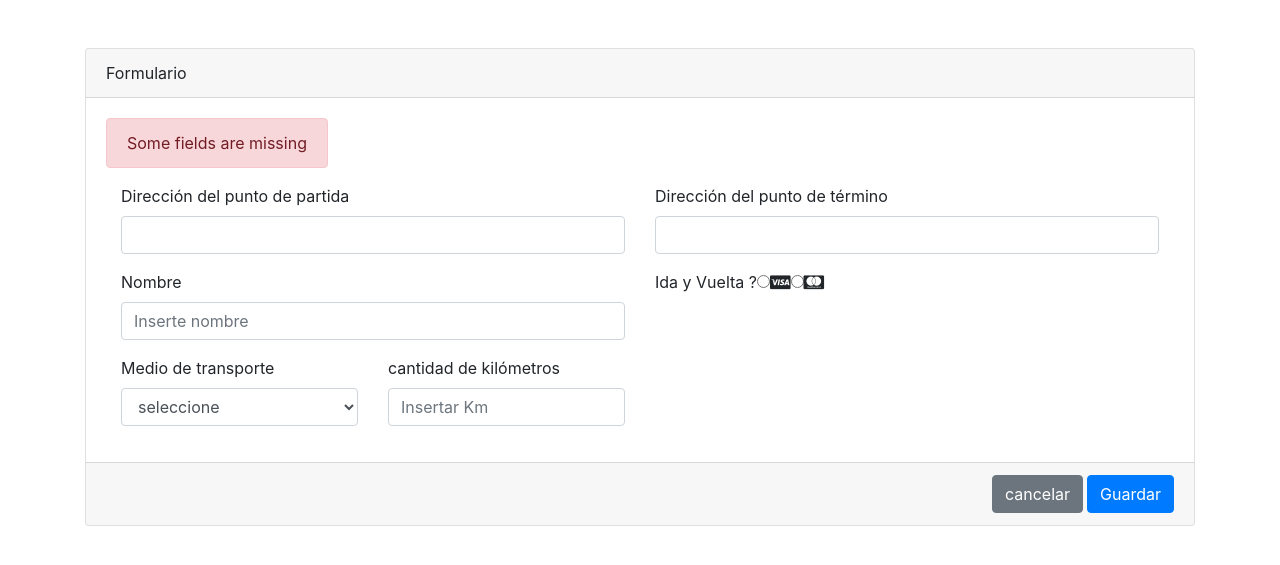
Repository: Jassan851031/foreachTask
Page: /
These files come from the project's save history. The page is drawn as it stood at one moment and after the next save; the edit follows.
The browser window is 1280 px wide. The pictures show the whole page.
The project was rebuilt for these pictures with package versions that can differ from the ones it lists, and the page was loaded fresh each time. Also part of the build but not shown: src/App.css.

Above is the page before, as saved 2020-03-23 13:49:26.

### src/index.js
import React from 'react';
import ReactDOM from 'react-dom';
import 'bootstrap/dist/css/bootstrap.min.css';
import 'font-awesome/css/font-awesome.min.css';
import './index.css';
import App from './App';
import * as serviceWorker from './serviceWorker';


 // Add js files
 import 'jquery';
 import 'popper.js';
 import 'bootstrap';

ReactDOM.render(
  <React.StrictMode>
    <App />
  </React.StrictMode>,
  document.getElementById('root')
);

// If you want your app to work offline and load faster, you can change
// unregister() to register() below. Note this comes with some pitfalls.
// Learn more about service workers: https://bit.ly/CRA-PWA
serviceWorker.unregister();

### src/App.js
import React from 'react';
import './App.css';

function App() {
  return (
    <div className="container mt-5">
      <div className="row">
        <div className="col-md-12">
          <form>
            <div className="card">
              <div className="card-header">
                Formulario
              </div>
              <div className="card-body">
                <div className="container">
                  <div className="row">
                    <div id="col-md-12">
                      <div className="alert alert-danger">
                        Some fields are missing
                      </div>
                    </div>
                  </div>
                  <div className="row">
                    <div className="col-md-6">
                      <div className="form-g roup">
                        <label className="form-label">Dirección del punto de partida</label>
                        <input type="text" id="no_card" className="form-control" />
                      </div>
                    </div>
                    <div className="col-md-6">
                      <div className="form-group">
                        <label className="form-label">Dirección del punto de término</label>
                        <input type="text" id="key" className="form-control" />
                      </div>
                    </div>
                  </div>
                  <div className="row">
                    <div className="col-md-6">
                      <div className="form-group">
                        <label className="form-label">Nombre</label>
                        <input type="text" id="nombre" className="form-control" placeholder="Inserte nombre" />
                      </div>
                    </div>
                    <div className="col-md-6">
                      <div className="form-group">
                        <label className="form-label">Ida y Vuelta ?</label>
                        <input type="radio" name="med_pago" value="visa" />
                          <i className="fa fa-cc-visa"></i>
                        <input type="radio" name="med_pago" value="mastercard" />
                          <i className="fa fa-cc-mastercard"></i>
                      </div>
                    </div>
                      </div>
                      <div className="row">
                        <div className="col-md-3">
                          <div className="form-group">
                            <label className="form-label">Medio de transporte</label>
                            <select id="estado" className="form-control">
                              <option value="">seleccione</option>
                              <option value="1"> option 1</option>
                              <option value="1"> option 2</option>
                              <option value="1"> option 3</option>
                              <option value="1"> option 4</option>
                            </select>
                          </div>
                        </div>
                        <div className="col-md-3">
                          <div className="form-group">
                            <label className="form-label">cantidad de kilómetros</label>
                            <input type="text" id="postal" className="form-control" placeholder="Insertar Km" />
                          </div>
                        </div>
                      </div>
                    </div>
                  </div>
                  <div className="card-footer text-right">
                    <button className="btn btn-secondary mr-1">cancelar</button>
                    <button className="btn btn-primary">Guardar</button>
                  </div>
                </div>
          </form>
            </div>
      </div>
        </div>
  );
}

export default App;

Loaded but not shown: public/index.html (common file); src/index.css (common file); src/serviceWorker.js (common file)

After the next save:
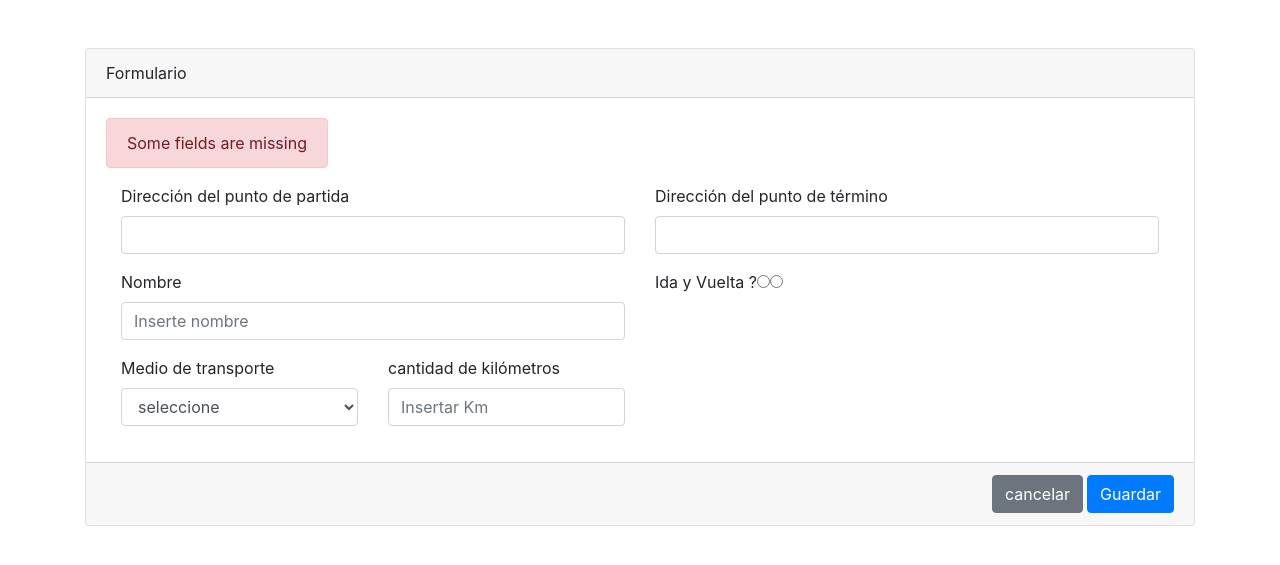
Saved 29 s later.
--- a/src/App.js
+++ b/src/App.js
@@ -45,9 +45,9 @@ function App() {
                       <div className="form-group">
                         <label className="form-label">Ida y Vuelta ?</label>
                         <input type="radio" name="med_pago" value="visa" />
-                          <i className="fa fa-cc-visa"></i>
+                          <i className="si"></i>
                         <input type="radio" name="med_pago" value="mastercard" />
-                          <i className="fa fa-cc-mastercard"></i>
+                          <i className="no"></i>
                       </div>
                     </div>
                       </div>
